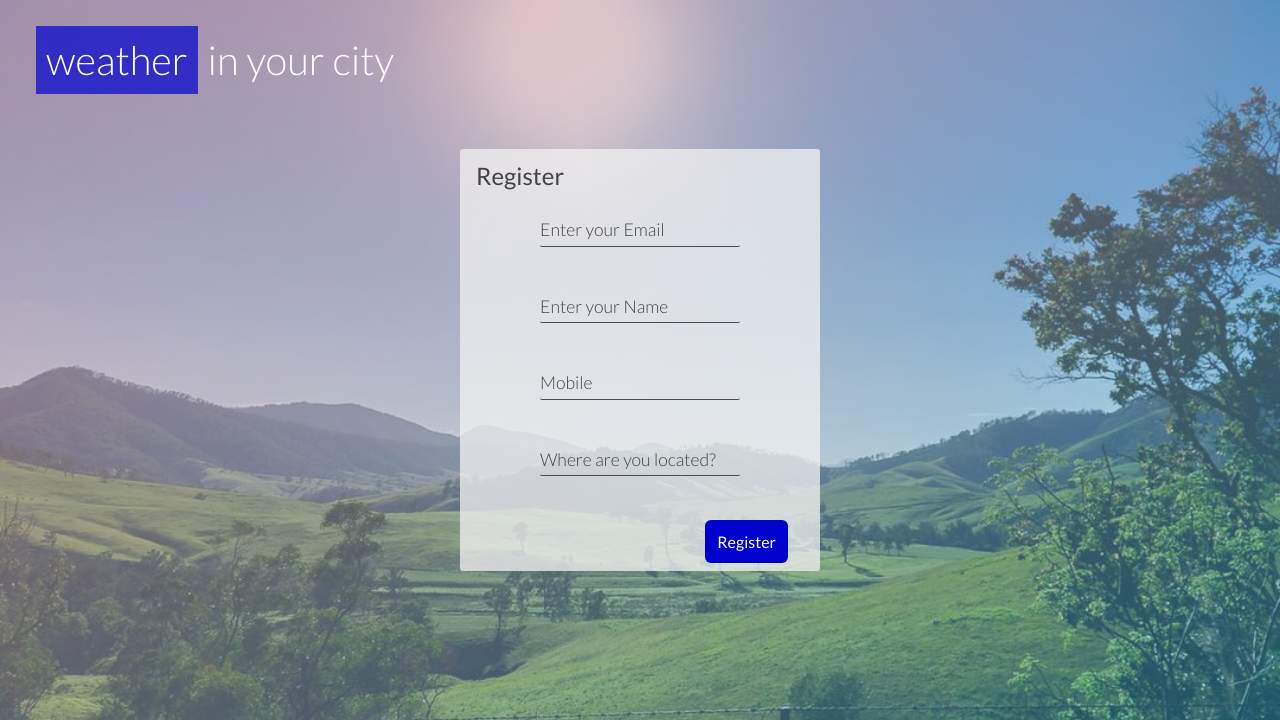
Repository: nosplashurinal/weather-app
Page: /
These files come from the project's save history. The page is drawn as it stood at one moment and after the next save; the edit follows.
The browser window is 1280 px wide. The pictures show the whole page.
The project was rebuilt for these pictures with package versions that can differ from the ones it lists, and the page was loaded fresh each time. Also part of the build but not shown: src/components/RecentSearches.vue, src/components/Search.vue, src/components/WeatherDataBlock.vue, src/components/Login.vue.

Above is the page before, as saved 2018-12-31 18:21:34.

After the next save:
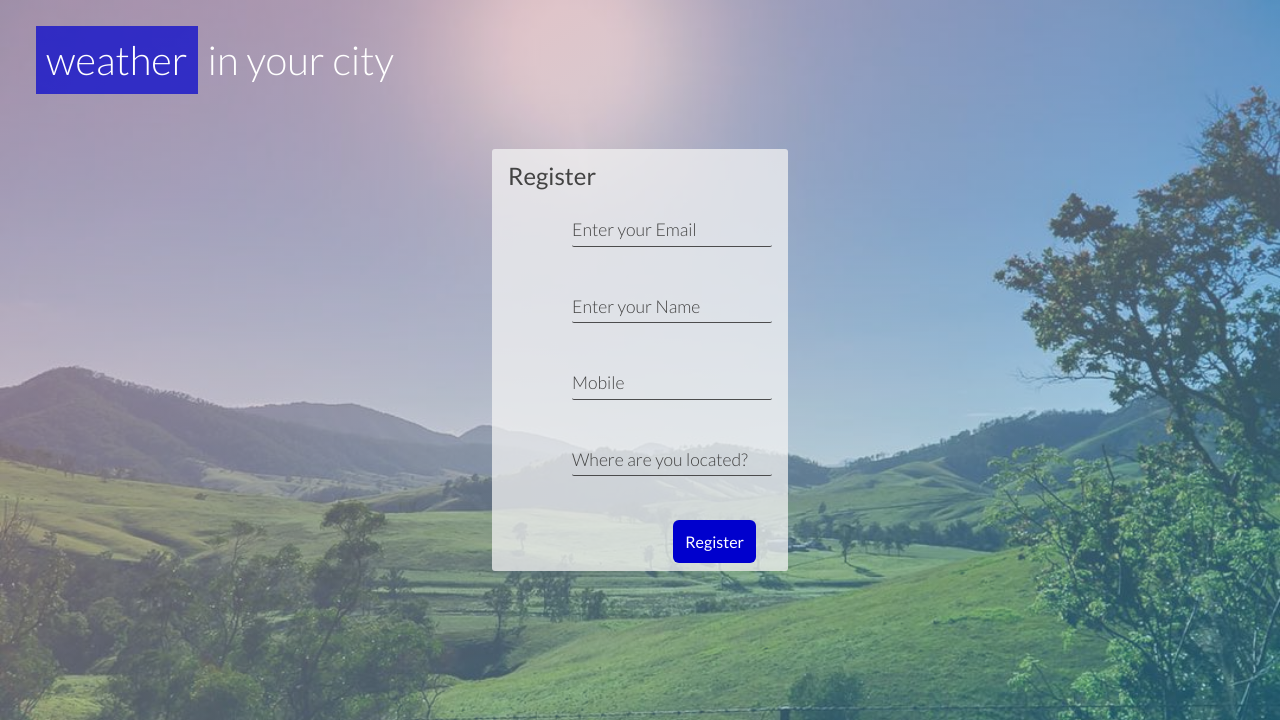
Saved 11 s later.
--- a/src/styles/registration.scss
+++ b/src/styles/registration.scss
@@ -18,7 +18,7 @@
   }
   .fields-container {
     position: relative;
-    padding: 0 4em;
+    padding-left: 4em;
     ::-webkit-input-placeholder { /* Chrome/Opera/Safari */
       color: #434343;
     }
